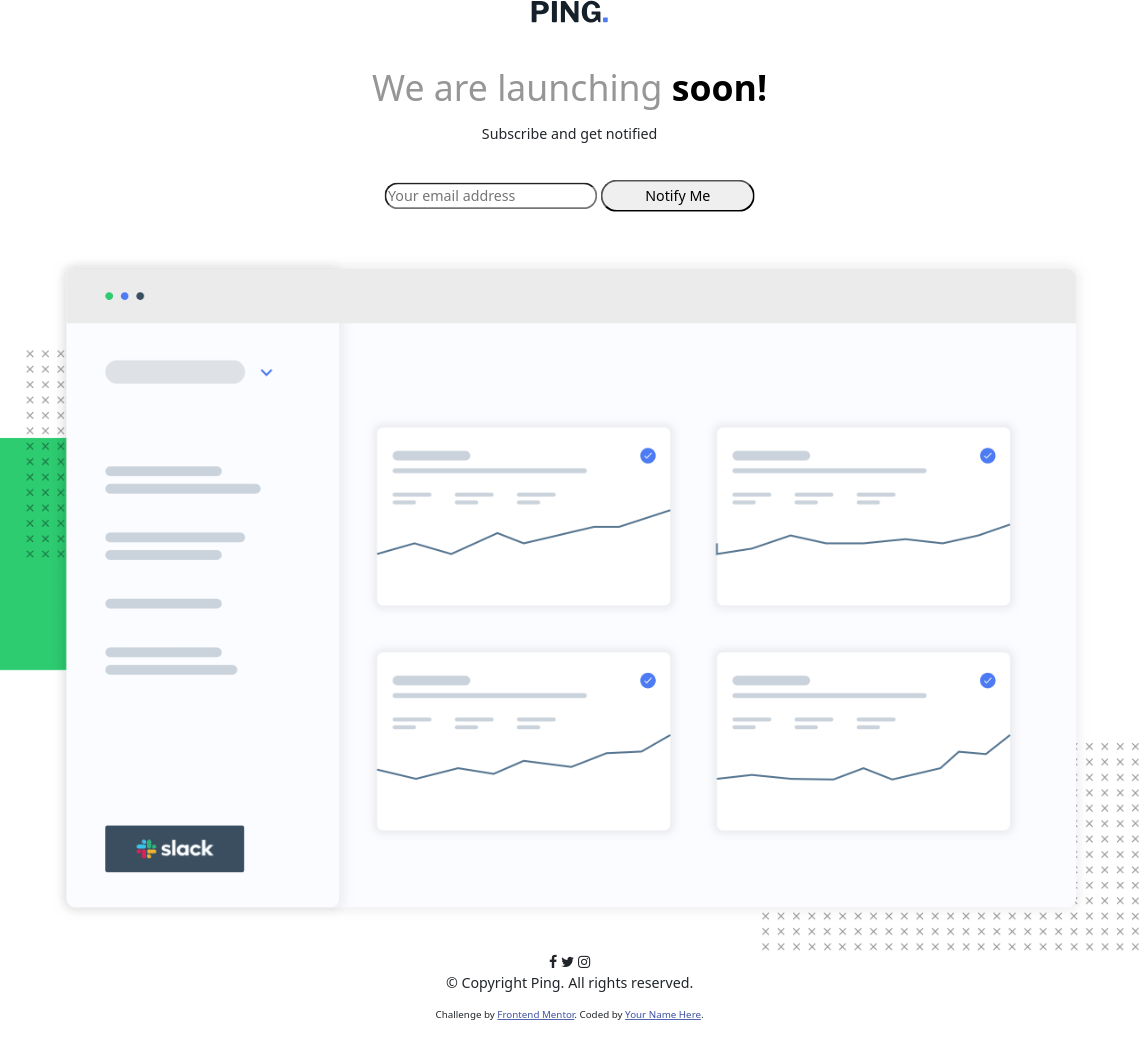
Repository: blordeus/ping-coming-soon-page-master
Page: index.html
The author's editor kept a copy of each file at every save. The page is drawn from the files as they stood at one save, then again after the next save.
The browser window is 1280 px wide. The pictures show the whole page, at 89% of full size.
The style sheet was rebuilt from its Sass, Less or Tailwind sources for each picture, by a compiler version that may differ from the author's.

Above is the page before, as saved 2023-08-31 11:26:53.

After the next save:
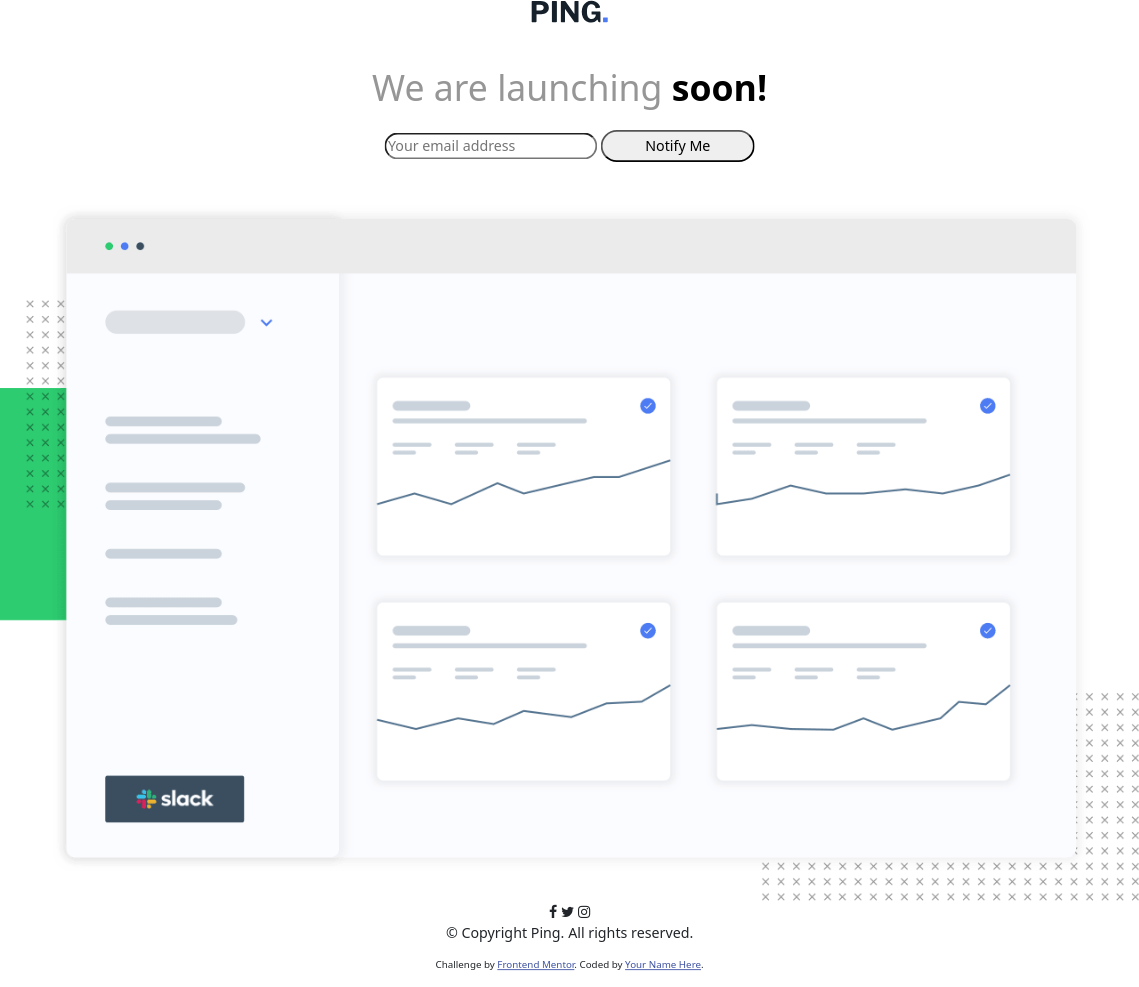
Saved 24 s later.
--- a/index.html
+++ b/index.html
@@ -23,7 +23,6 @@
       <h1 class="heading-color">We are launching <strong class="text-black">soon!</strong></h1>
     </section>
 
-    <p class="mt-3 mb-4">Subscribe and get notified</p>
 
     <div class="mb-5 flex sm:flex-col">
       <input class="rounded-pill" type="email" placeholder="Your email address">

After the 3 saves that followed:
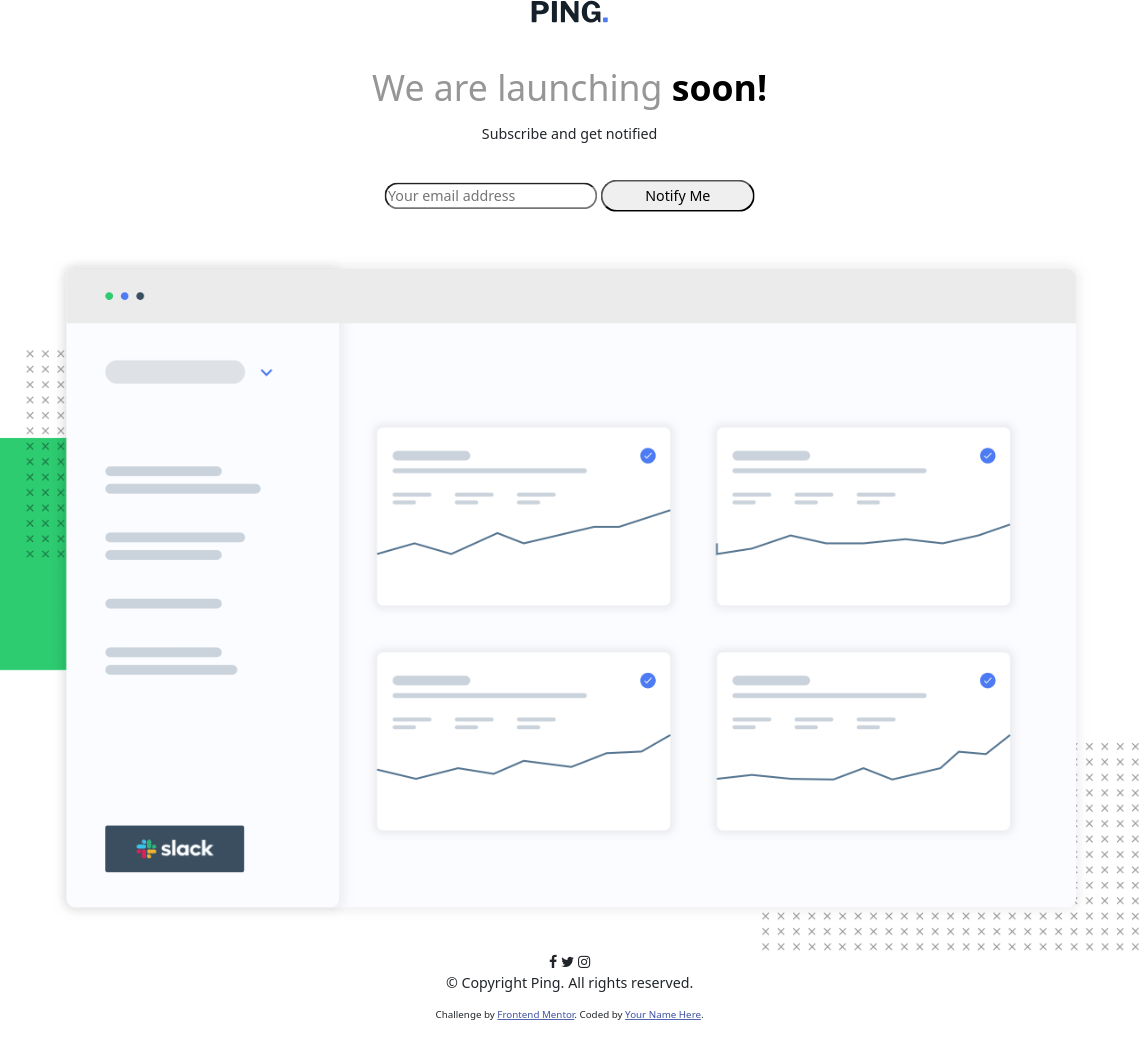
The 3 saves are shown as one change because they came seconds apart.
The last was saved 11 s later.
--- a/index.html
+++ b/index.html
@@ -21,6 +21,7 @@
 
     <section>
       <h1 class="heading-color">We are launching <strong class="text-black">soon!</strong></h1>
+      <p class="mt-3 mb-4">Subscribe and get notified</p>
     </section>
 
 
